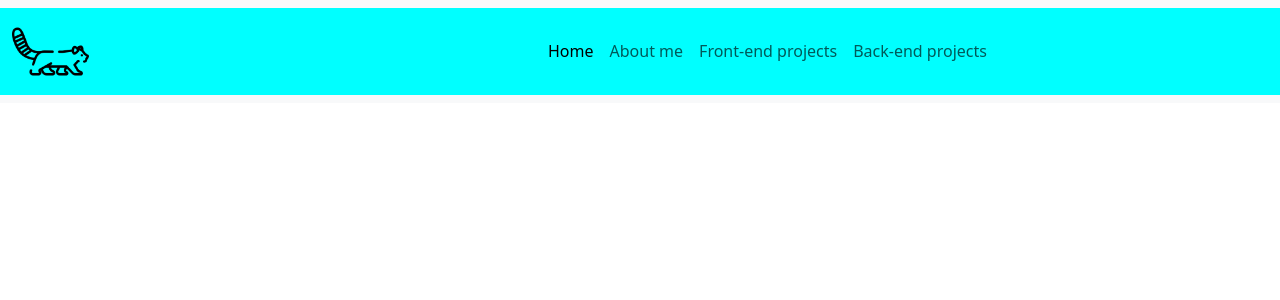
Repository: lasity34/portfolio
Page: index.html
The author's editor kept a copy of each file at every save. The page is drawn from the files as they stood at one save, then again after a run of saves.
The browser window is 1280 px wide. The pictures show the whole page.

Above is the page before, as saved 2023-03-13 14:21:24.

After the next 2 saves:
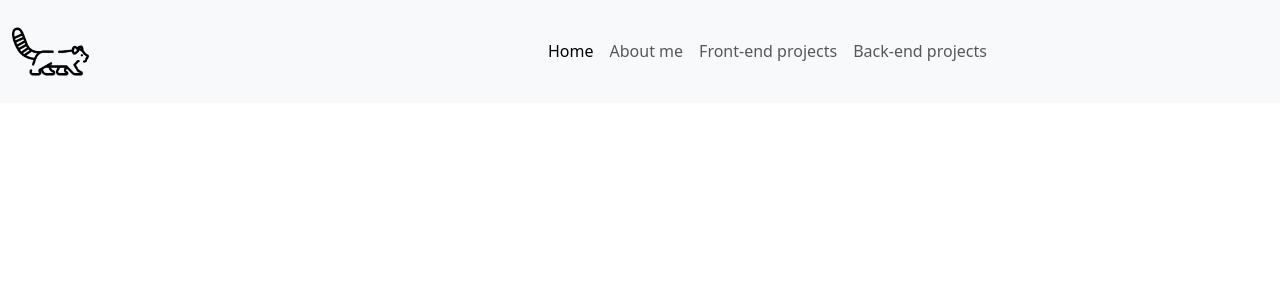
The 2 saves are shown as one change because they came seconds apart.
The last was saved 34 s later.
--- a/styles.css
+++ b/styles.css
@@ -10,12 +10,8 @@
     margin: 0;
 }
 
-#nav_container {
-  display: flex;
-  width: 100%;
-  background-color: aqua;
 
-}
+
 
 #menu {
   padding: 1em;
